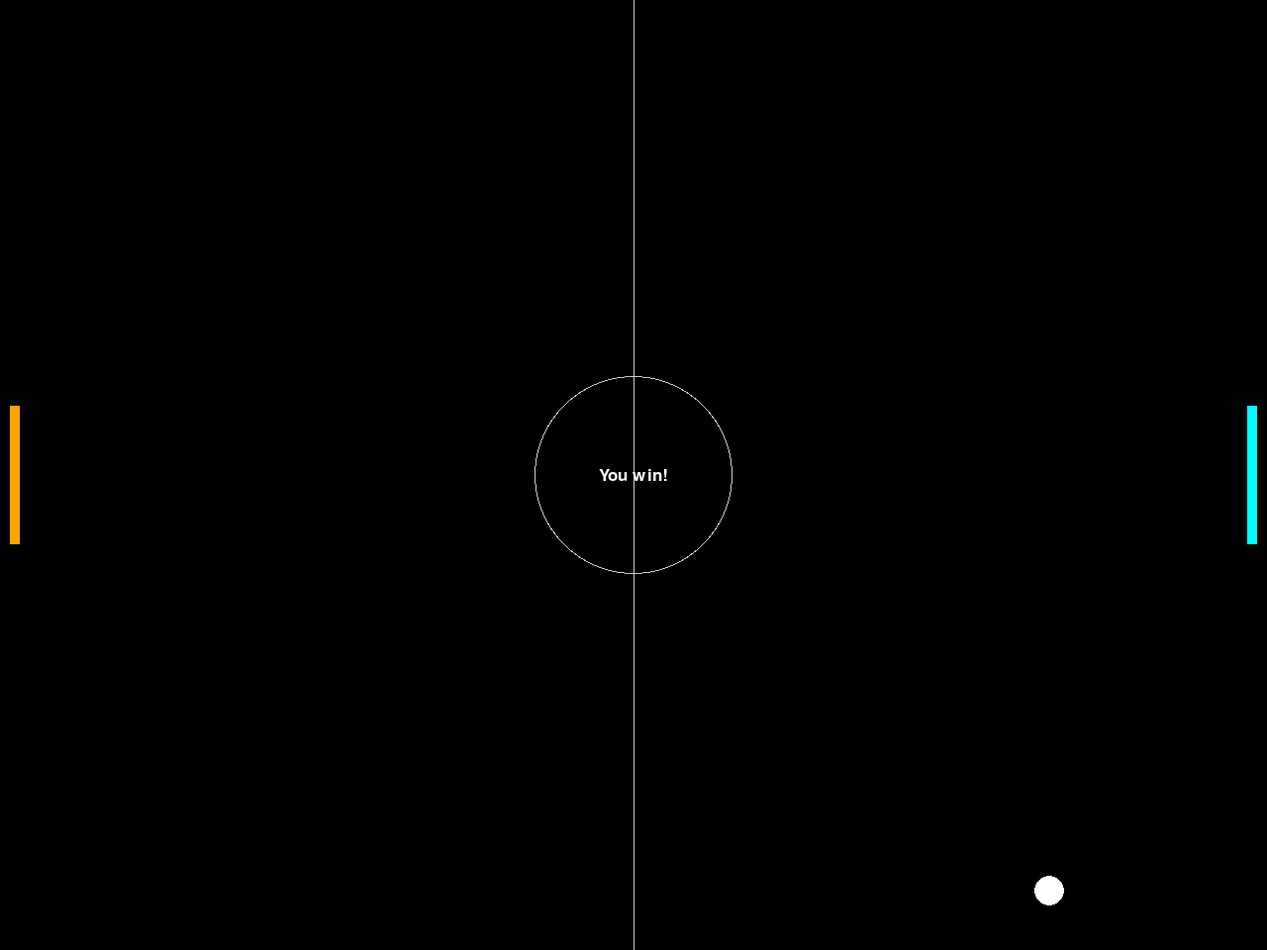
Repository: jak18015/python-tutorials
Script's output: python python-mega-course/pong-pygame/pong.py
These files come from the project's save history. The script's output is drawn as it stood at one moment and after a run of saves; the edit follows.
The pictures are shown at 99% of full size.
The window is shown after at most 60 frames with no key pressed. Random numbers start from a fixed seed.

Above is the script's output before, as saved 2023-05-02 17:38:23.

After the next 2 saves:
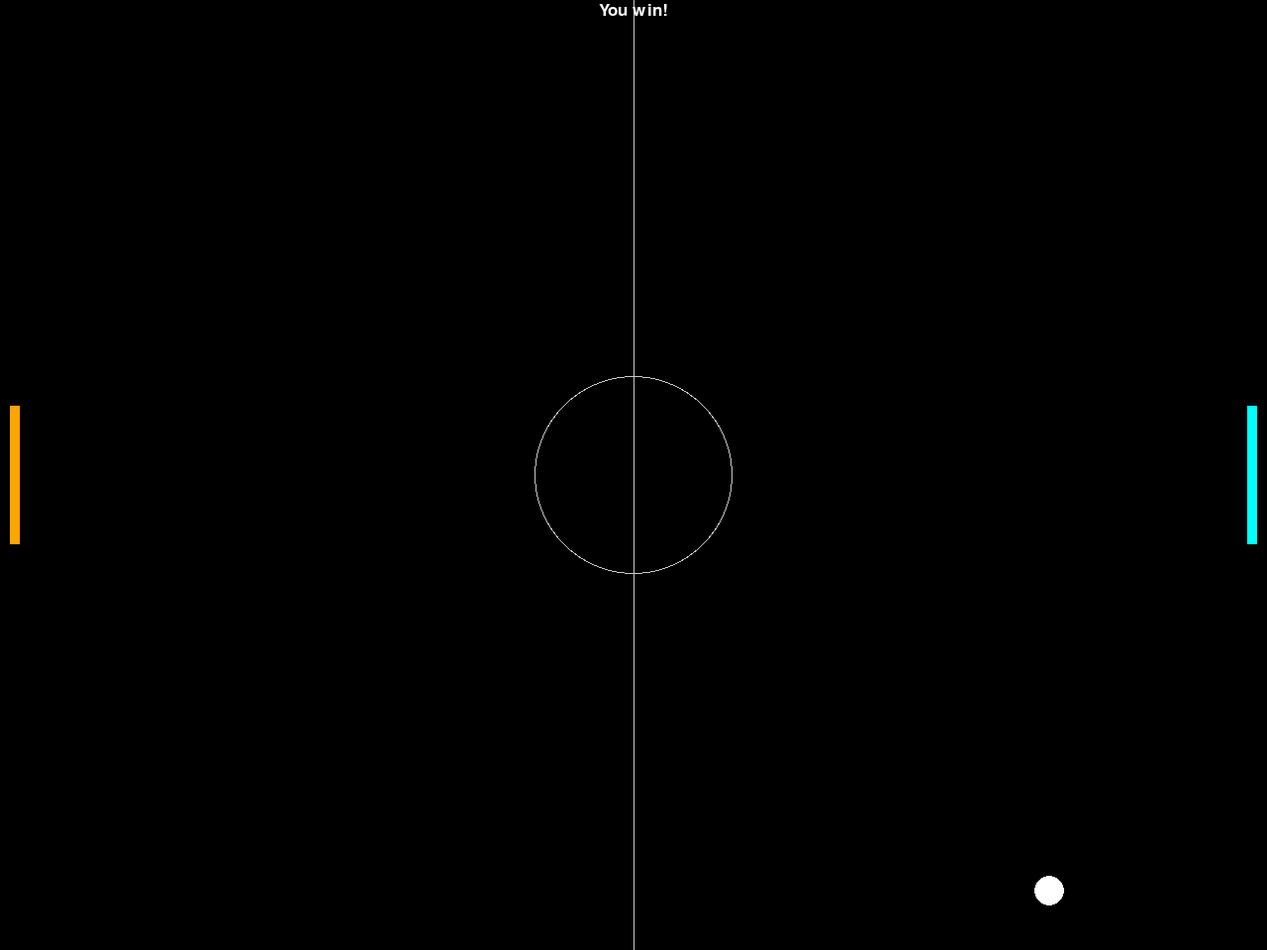
The 2 saves are shown as one change because they came seconds apart.
The last was saved 40 s later.
--- a/python-mega-course/pong-pygame/pong.py
+++ b/python-mega-course/pong-pygame/pong.py
@@ -14,7 +14,7 @@ pygame.display.set_caption('Pong')
 # text
 font = pygame.font.Font(None, 25)
 text = font.render("You win!", True, 'white')
-text_rect = text.get_rect(center=(screen_width/2, screen_height/2))
+text_rect = text.get_rect(center=(screen_width/2, 10))
 
 # game rectangles
 ball = pygame.Rect(screen_width/2-15,screen_height/2-15,30,30)
